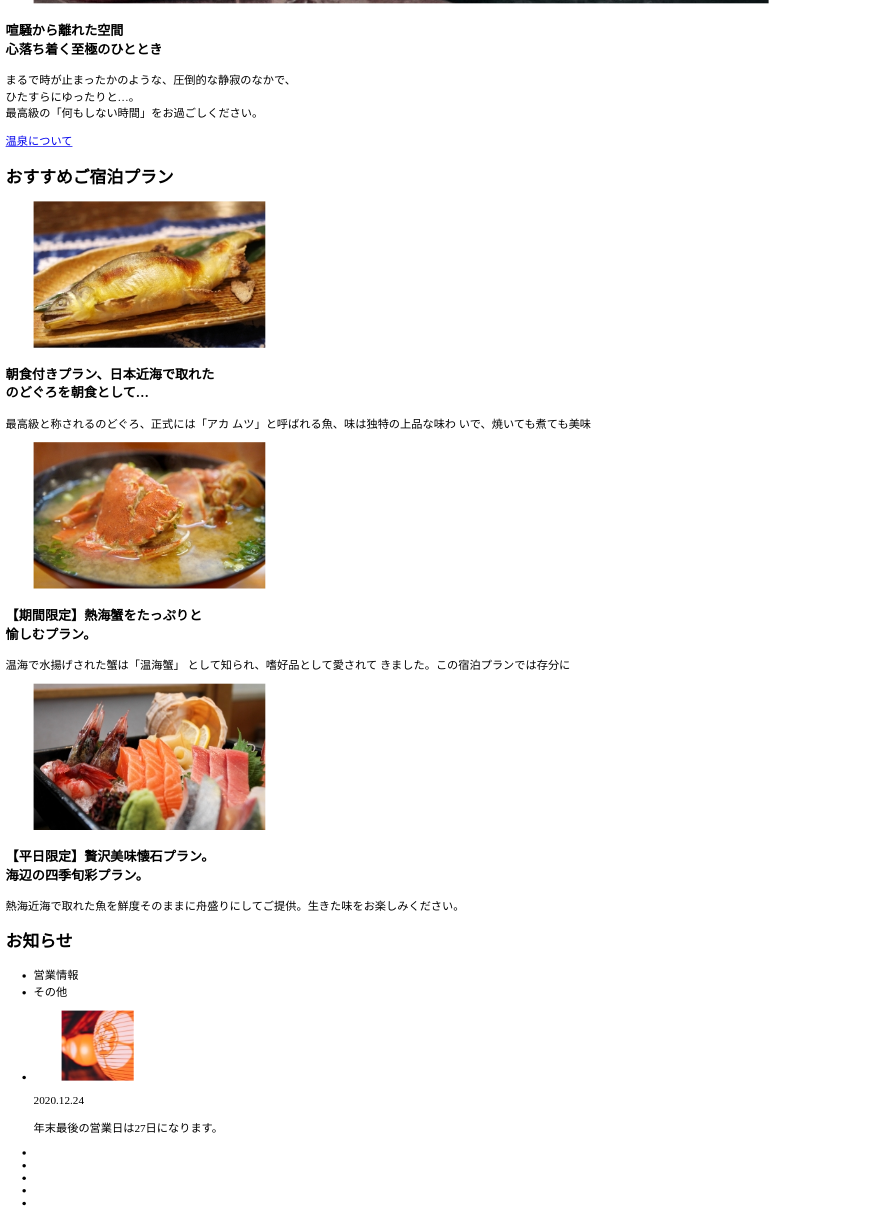
Repository: yuukiyokoyama/compex1
Page: index.html
An editor plug-in stored every save of this project. The page is shown before and after the next save, followed by the edit.
The browser window is 1280 px wide. The pictures show the part of the page from y = 3124 to 5044 px (the page is 4868 px tall before and 5044 px after), at 70% of full size.

Above is the page before, as saved 2021-09-17 23:25:32.

After the next save:
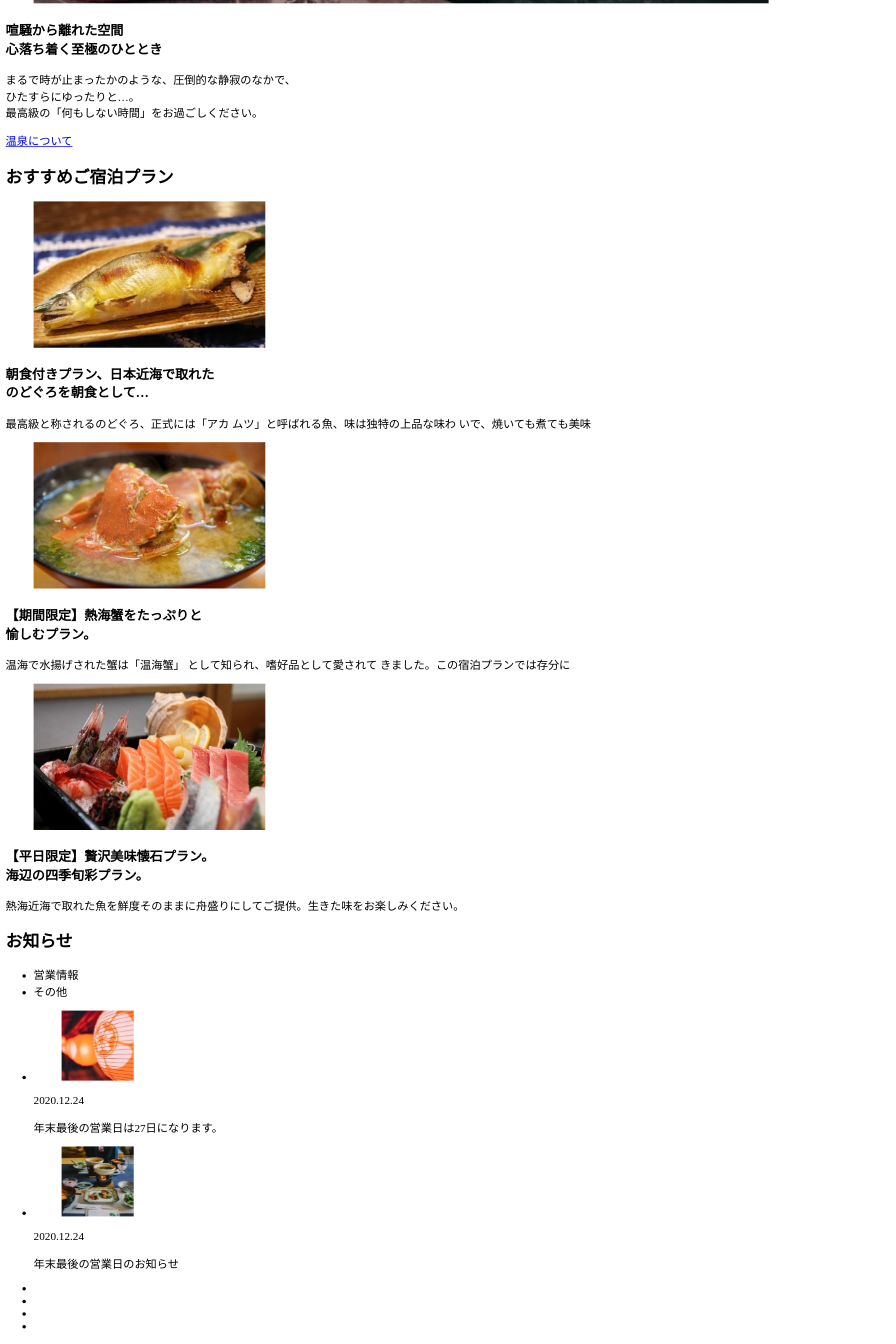
Saved 5 min 19 s later.
--- a/index.html
+++ b/index.html
@@ -343,7 +343,17 @@
                   </div>
                   <!-- news__list-item-wrapper -->
                 </li>
-                <li class="news__list-item"></li>
+                <li class="news__list-item">
+                  <div class="news__list-item-wrapper">
+                    <figure class="news__img-wrapper">
+                      <img src="images/news02.jpg" alt="ニュース" />
+                    </figure>
+                    <div class="news__body">
+                      <p class="news__date">2020.12.24</p>
+                      <p class="neews__text">年末最後の営業日のお知らせ</p>
+                    </div>
+                  </div>
+                </li>
                 <li class="news__list-item"></li>
                 <li class="news__list-item"></li>
                 <li class="news__list-item"></li>
